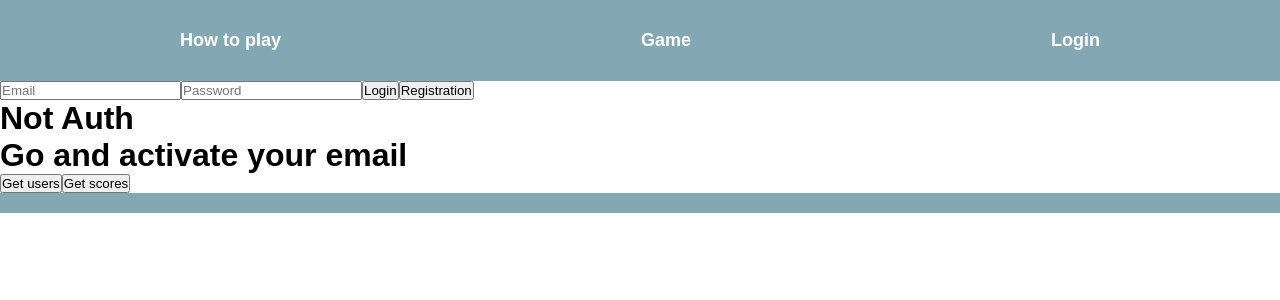
Repository: nika-otter/2048
Page: /login (app in client/)
These files come from the project's save history. The page is drawn as it stood at one moment and after the next save; the edit follows.
The browser window is 1280 px wide. The pictures show the whole page.
The project was rebuilt for these pictures with package versions that can differ from the ones it lists, and the page was loaded fresh each time. Also part of the build but not shown: client/src/App.css, client/src/pages/account/index.jsx, client/src/components/GamePage/GamePage.module.scss, client/src/components/ScoreTable/ScoreTable.module.scss, client/src/components/ScoreTable/ScoreTable.jsx, client/src/components/Game/Tile.jsx, client/src/components/Game/Cell.jsx, client/src/helper/index.js and 6 more. Imported but missing from the stored project, and not drawn on this page: client/src/components/InstructionPage/InstructionPage.

Above is the page before, as saved 2023-04-29 19:52:34.

After the next save:
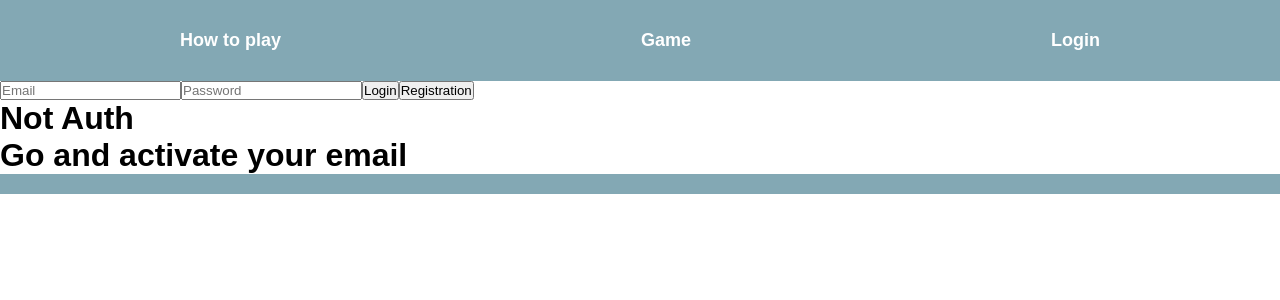
Saved 25 s later.
--- a/client/src/pages/Login/index.jsx
+++ b/client/src/pages/Login/index.jsx
@@ -61,15 +61,15 @@ function Login() {
         <> </>
       )}
 
-      <button onClick={getUsers}>Get users</button>
-      {users.map((user) => (
+      {/* <button onClick={getUsers}>Get users</button> */}
+      {/* {users.map((user) => (
         <div key={user.email}>{user.email}</div>
-      ))}
+      ))} */}
 
-      <button onClick={() => getScores(store.user.email)}>Get scores</button>
+      {/* <button onClick={() => getScores(store.user.email)}>Get scores</button>
       {scores.map((score) => (
         <div key={score}>{score}</div>
-      ))}
+      ))} */}
       <Footer />
     </>
   );
